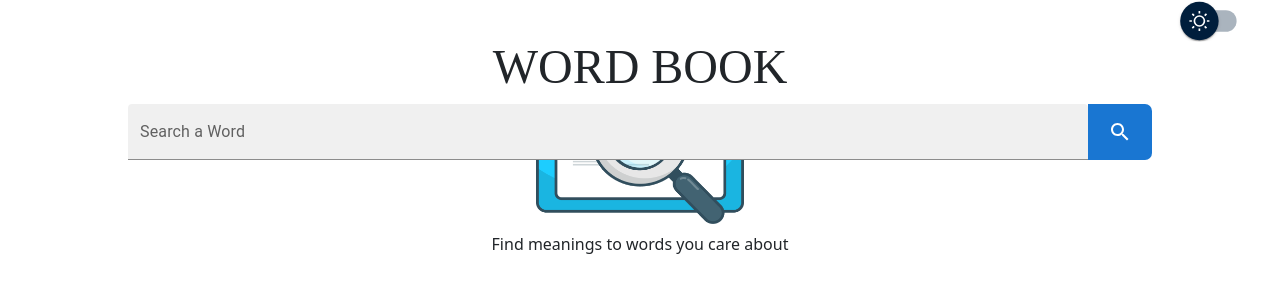
Repository: marveldev/my-dictionary
Page: /
These files come from the project's save history. The page is drawn as it stood at one moment and after the next save; the edit follows.
The browser window is 1280 px wide. The pictures show the whole page.
The project was rebuilt for these pictures with package versions that can differ from the ones it lists, and the page was loaded fresh each time. Also part of the build but not shown: src/components/themeSwitcher/MUISwitch.jsx.

Above is the page before, as saved 2022-05-22 16:28:28.

### public/index.html
<!DOCTYPE html>
<html lang="en">
  <head>
    <meta charset="utf-8" />
    <meta name="viewport" content="width=device-width, initial-scale=1" />
    <meta name="theme-color" content="#000000" />
    <meta
      name="description"
      content="Web site created using create-react-app"
    />
    <link href="https://cdn.jsdelivr.net/npm/bootstrap@5.1.3/dist/css/bootstrap.min.css" rel="stylesheet"
          integrity="sha384-1BmE4kWBq78iYhFldvKuhfTAU6auU8tT94WrHftjDbrCEXSU1oBoqyl2QvZ6jIW3" crossorigin="anonymous"
    />
    <link rel="apple-touch-icon" href="./icon-192x192.png" />
    <link rel="icon" href="./icon-192x192.png" />
    <link rel="manifest" href="./manifest.json" />
    <title>My Dictionary</title>
  </head>
  <body>
    <noscript>You need to enable JavaScript to run this app.</noscript>
    <div id="root"></div>
  </body>
</html>

### src/index.js
import React from 'react'
import ReactDOM from 'react-dom'
import App from './App'
import swDev from './swDev'
import './index.css'

ReactDOM.render(
  <React.StrictMode>
    <App />
  </React.StrictMode>,
  document.getElementById('root')
)
swDev()

### src/App.js
import { useState } from 'react'
import { createTheme } from '@mui/material'
import { Form, Output, ThemeSwitcher } from './components'

const App = () => {
  const [definitions, setDefinitions] = useState([])
  const [appMode, setAppMode] = useState('online')
  const [isLoading, setIsLoading] = useState(null)

  const storedTheme = localStorage.getItem('theme') || 'light'
  const [theme, setTheme] = useState(storedTheme)

  const themePalette = createTheme({
    palette: {
      mode: theme,
    },
  })

  return (
    <div className={`${theme} app`}>
      <div className="top-column top-0 w-100">
        <ThemeSwitcher setTheme={setTheme} theme={theme} themePalette={themePalette} />
        <h1 className="text-center">{definitions?.word || 'WORD BOOK'}</h1>
        <Form
          setDefinitions={setDefinitions}
          themePalette={themePalette}
          setAppMode={setAppMode}
          setIsLoading={setIsLoading}
        />
      </div>

      <Output definitions={definitions} appMode={appMode} isLoading={isLoading} />
    </div>
  )
}

export default App

### src/swDev.js
export default function swDev() {
  let swUrl = `${process.env.PUBLIC_URL}/sw.js`
  navigator.serviceWorker.register(swUrl).then(response => {
    console.warn("response", response)
  })
}

### src/index.css
body {
  margin: 0;
}

.app {
  position: absolute;
  width: 100%;
  height: 100%;
  transition: all 0.5s linear 0s;
}

.top-column {
  position: fixed;
  background: #fff;
  z-index: 1;
}

h1 {
  font-size: 3em;
  font-family: 'Montserrat light', serif;
}

.form {
  width: 80%;
}

#searchButton {
  border-radius: 0 0.5em 0.5em 0;
  box-shadow: none;
}

.search-illustration {
  width: 13em;
  height: 13em;
  object-fit: contain;
}

.definition-header {
  padding: 1em 2em;
  font-family: 'Montserrat Medium', serif;
}

.volume-icon {
  transform: scale(1.8);
  color: #000;
}

.definitions-wrapper {
  width: 80%;
  /* padding-bottom: 1.5em; */
  /* height: 100vh; */
  /* max-height: 27em; */
  background: #f0f0f0;
}

.definitions-wrapper::-webkit-scrollbar {
  width: 0.5em;
}

.definitions-wrapper::-webkit-scrollbar-thumb {
  border-radius: 0.5em;
  background-color: #bbb7b7;
}

.definition {
  background: #3b5360;
}

button:active {
  transform: translateY(0.2em);
}

.dark {
  background: #282c34;
  color: #fff;
}

.dark #searchButton {
  background: #1174ff;
  color: #fff;
}

.dark .definitions-wrapper {
  background: #3b3f46;
}

.dark .definition {
  background: #355c6c;
}

.dark .volume-icon {
  color: #fff;
}

@media screen and (max-width: 628px) {
  .form {
    width: 95%;
  }

  .definition-header {
    padding: 0.5em 0;
  }

  .definitions-wrapper {
    width: 95%;
    padding: 0 1.2em;
  }
}

### src/components/index.js
export { default as Form } from './form/Form'
export { default as Output } from './output/Output'
export { default as ThemeSwitcher } from './themeSwitcher/ThemeSwitcher'

### src/components/form/Form.jsx
import { useState } from 'react'
import debounce from 'lodash.debounce'
import wordList from 'word-list-json'
import { TextField, ThemeProvider, Autocomplete, Button } from '@mui/material'
import SearchIcon from '@mui/icons-material/Search'

const Form = ({ setDefinitions, themePalette, setIsLoading, setAppMode }) => {
  const [filteredWords, setFilteredWords] = useState([])
  const [word, setWord] = useState('')

  const url = `https://api.dictionaryapi.dev/api/v2/entries/en/${word}`

  const doWordFilter = debounce(value => {
    if(value.trim().length >= 1) {
      const wordFilter = wordList?.filter(word => word.startsWith(value.toLowerCase())).slice(0, 30)
      setFilteredWords(wordFilter)
    } else {
      setFilteredWords([])
      setWord('')
      setDefinitions([])
    }
  }, 300)

  const fetchDefinition = async event => {
    event?.preventDefault()
    if (word.trim().length >= 1) {
      setIsLoading(true)

      try {
        const response = await fetch(url)
        const data = await response.json()
        if (data) {
          setIsLoading(null)
          setDefinitions(data[0])
          setAppMode('online')
        }
      } catch (error) {
        setAppMode('offline')
        setDefinitions([])
      }
    }
  }

  return (
    <ThemeProvider theme={themePalette}>
      <>
        <Autocomplete
          freeSolo
          disableClearable
          options={filteredWords.map(word => word)}
          onChange={(event, value) =>
            setWord(value)
          }
          renderInput={params =>
            <form
              className="form d-flex m-auto"
              onSubmit={event => fetchDefinition(event)}
            >
              <TextField
                {...params}
                variant="filled"
                label="Search a Word"
                onChange={event => doWordFilter(event.target.value)}
              />
              <Button type="submit" variant="contained" id="searchButton">
                <SearchIcon />
              </Button>
            </form>
          }
        />
      </>
    </ThemeProvider>
  )
}

export default Form

### src/components/output/Output.jsx
import { IconButton } from '@mui/material'
import VolumeUpIcon from '@mui/icons-material/VolumeUp'
import { searchIllustration, loader } from '../assets'

const Output = ({ definitions, isLoading, appMode }) => {
  const playWord = (url) => {
    const audio = new Audio(url)
    audio?.play()
  }

  return (
    <div className="mt-4">
      {isLoading && appMode === 'online' && (
        <div className="text-center">
          <img src={loader} alt="loading" />
        </div>
      )}

      {!isLoading && (
        <>
          {!definitions && (
            <div className="text-center fs-4">😞 we couldn't find definitions for the word you are looking for.</div>
          )}

          {definitions?.length <= 0 && (
            <div className="text-center">
              <img src={searchIllustration} className="search-illustration" alt="search illustration" />
              <p>Find meanings to words you care about</p>
            </div>
          )}

          {definitions?.meanings && (
            <div className="definitions-wrapper m-auto pb-4 rounded">
              <div className="definition-header d-flex align-items-center gap-3">
                {definitions.phonetics[0]?.audio && (
                  <IconButton onClick={() => playWord(definitions.phonetics[0]?.audio)}>
                    <VolumeUpIcon className="volume-icon" />
                  </IconButton>
                )}
                <div>
                  <p className="m-0 fs-5">{definitions?.word}</p>
                  {definitions?.phonetic && <p className="m-0">{definitions?.phonetic}</p>}
                </div>
              </div>
              <ul className="mx-lg-5 ps-0">
                {definitions?.meanings.map((meaning, index) => (
                  <li key={index}>
                    <p>"partOfSpeech": {meaning.partOfSpeech}</p>
                    {meaning.definitions?.map((data, index) => (
                      <div key={index} className="definition text-white rounded p-2 mb-3">
                        <p className="fw-bold">{data.definition}</p>
                        <p>
                          <span className="me-2 fw-bold">Example:</span>
                          {data.example}
                        </p>
                        <p className="mb-0">
                          <span className="me-2 fw-bold">Synonyms:</span>
                          {data.synonyms.join(', ')}
                        </p>
                      </div>
                    ))}
                  </li>
                ))}
              </ul>
            </div>
          )}
        </>
      )}

      {appMode === 'offline' && (
        <div className="text-center fs-4">😞 you are in offline mode or some issue with connection.</div>
      )}
    </div>
  )
}

export default Output

### src/components/themeSwitcher/ThemeSwitcher.jsx
import { FormControlLabel } from '@mui/material'
import { MaterialUISwitch } from './MUISwitch'

const ThemeSwitcher = ({ theme, setTheme, themePalette }) => {
  const switchTheme = () => {
    const currentTheme = theme === 'dark' ? 'light' : 'dark'
    setTheme(currentTheme)
    localStorage.setItem('theme', currentTheme)
  }

  return (
    <div className="text-end mx-lg-4 mt-1">
      <FormControlLabel
        label=''
        control={
          <MaterialUISwitch
            theme={themePalette}
            onChange={switchTheme}
            checked={theme === 'dark' && true}
            aria-label='switch theme'
          />
        }
      />
    </div>
  )
}

export default ThemeSwitcher

### src/components/assets/index.js
export { default as searchIllustration } from './searchIllustration.png'
export { default as loader } from './loader.svg'

After the next save:
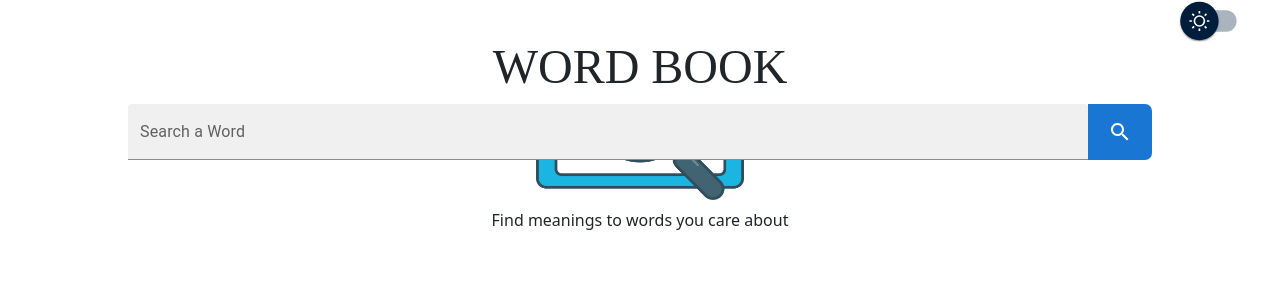
Saved 97 s later.
--- a/src/components/output/Output.jsx
+++ b/src/components/output/Output.jsx
@@ -9,7 +9,7 @@ const Output = ({ definitions, isLoading, appMode }) => {
   }
 
   return (
-    <div className="mt-4">
+    <div className="mt-36">
       {isLoading && appMode === 'online' && (
         <div className="text-center">
           <img src={loader} alt="loading" />
